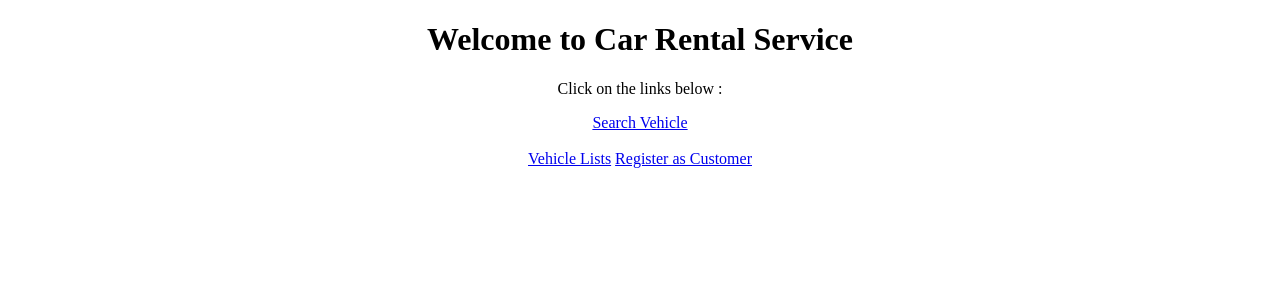
Repository: harsh23012/InfiniteProjects
Page: CarRent/carrent/src/main/webapp/UserPage.html
The author's editor kept a copy of each file at every save. The page is drawn from the files as they stood at one save, then again after the next save.
The browser window is 1280 px wide. The pictures show the whole page.

Above is the page before, as saved 2025-05-04 11:21:19.

After the next save:
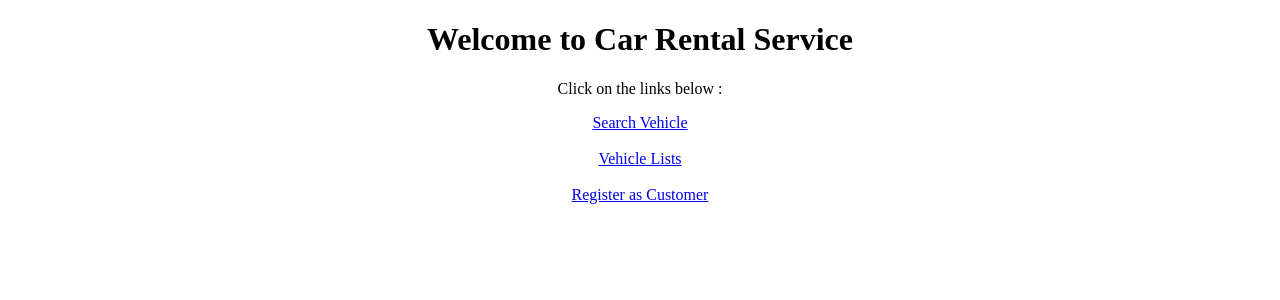
Saved 7 s later.
--- a/CarRent/carrent/src/main/webapp/UserPage.html
+++ b/CarRent/carrent/src/main/webapp/UserPage.html
@@ -16,7 +16,7 @@
         <a href="SearchVehicle.html">Search Vehicle</a><br><br>
 
         <!-- Link to list of available vehicle page -->
-        <a href="AvailVehicle.html">Vehicle Lists</a>
+        <a href="AvailVehicle.html">Vehicle Lists</a><br><br>
 
         <!-- Link to add Customer -->
         <a href="AddCustomer.html">Register as Customer</a>
